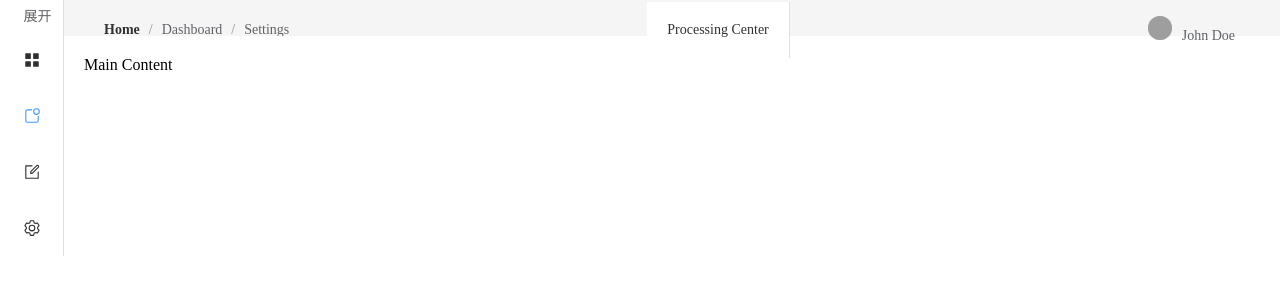
Repository: IsHexx/VerityX
Page: /home (app in front/)
The author's editor kept a copy of each file at every save. The page is drawn from the files as they stood at one save, then again after the next save.
The browser window is 1280 px wide. The pictures show the whole page.
Pictures or frames that could not be fetched are drawn as grey boxes. The project was rebuilt for these pictures with package versions that can differ from the ones it lists, and the page was loaded fresh each time. Also part of the build but not shown: front/vue.config.js, front/src/components/UserlLogin.vue.

Above is the page before, as saved 2024-10-08 17:27:35.

### front/src/App.vue
<template>
  <router-view></router-view>
</template>

<script>
export default {
  name: 'App',
};
</script>

<style>
*{
 margin:0;
 padding:0
}
</style>

### front/src/router/index.js
import { createRouter, createWebHistory } from 'vue-router';
import UserLogin from '@/components/UserlLogin.vue';
import HomePage from '@/views/HomePage.vue';


const routes = [
  {
    path: '/login',
    name: 'Login',
    component: UserLogin
  },
  {
    path: '/home',  // 新增的导航页面路由
    name: 'Home',
    component: HomePage
  }
];

const router = createRouter({
  history: createWebHistory(),
  routes
});

// 路由守卫，检查登录状态
router.beforeEach((to, from, next) => {
  const token = localStorage.getItem('token');
  if (to.matched.some(record => record.meta.requiresAuth) && !token) {
    next({ name: 'Login' });
  } else {
    next();
  }
});

export default router;

### front/src/store/index.js
import { createStore } from 'vuex';
import { login } from '@/api/auth';

export default createStore({
    state: {
        user: null,
        token: null,
    },
    mutations: {
        SET_USER(state, user) {
            state.user = user;
        },
        SET_TOKEN(state, token) {
            state.token = token;
        },
        LOGOUT(state) {
            state.user = null;
            state.token = null;
        }
    },
    actions: {
        async login({ commit }, credentials) {
            try {
                const response = await login(credentials);
                const { user, token } = response.data;
                commit('SET_USER', user);
                commit('SET_TOKEN', token);
                return true;
            } catch (error) {
                console.error('登录失败:', error);
                return false;
            }
        },
        logout({ commit }) {
            commit('LOGOUT');
        }
    }
});

### front/src/views/HomePage.vue
<template>
    <div class="common-layout">
        <el-container>
            <!-- 侧边栏 -->
            <el-aside class="fixed-aside">
                <common-aside></common-aside>
            </el-aside>

            <!-- 右侧内容，Header 和 Main 为上下布局 -->
            <el-container direction="vertical">
                <!-- Header 部分 -->
                <el-header height="60px">
                    <common-header></common-header>
                </el-header>

                <!-- Main 部分 -->
                <el-main>
                    Main Content
                </el-main>
            </el-container>
        </el-container>
    </div>
</template>

<script>
import CommonHeader from "../components/CommonHeader.vue";
import CommonAside from "../components/CommonAside.vue";

export default {
    components: {
        CommonAside,
        CommonHeader,
    }
}
</script>

<style scoped>
.common-layout {
    height: 100vh; /* 设置整体布局占满整个视口高度 */
}

.fixed-aside {
  background-color: #ffffff;
  color: #333;
  height: calc(100vh);
  overflow-y: auto;
  width: auto;
  max-width: 200px;
  border-radius: 20px 0px 0px 20px;
}

.common-layout > .el-container {
    height: 100%;
}


.common-layout > .el-container > .el-container > .el-header {
    background-color: #f5f5f5;
    padding: 0 20px;
    height: 5%; /* 固定 Header 的高度 */
}

.common-layout > .el-container > .el-container > .el-main {
    padding: 20px;
    background-color: #fff;
    height: calc(100vh - 5%); /* Main 高度等于视口高度减去 Header 的高度 */
}
</style>

### front/src/api/auth.js
import axios from 'axios';

export function login(data) {
    return axios.post('/api/login', data);
}

### front/src/components/CommonHeader.vue
<template>
  <el-header class="header">
    <!-- 面包屑导航 -->
    <el-breadcrumb separator="/">
      <el-breadcrumb-item to="/">Home</el-breadcrumb-item>
      <el-breadcrumb-item>Dashboard</el-breadcrumb-item>
      <el-breadcrumb-item>Settings</el-breadcrumb-item>
    </el-breadcrumb>
    <el-menu class="el-menu-demo">
      <el-menu-item index="1">Processing Center</el-menu-item>
    </el-menu>
    <!-- 用户名 + 下拉菜单 -->
    <div class="user-menu">
      <el-dropdown>
        <span class="el-dropdown-link">
          <el-avatar size="small" :src="userAvatar" class="avatar"></el-avatar>
          <span>{{ username }}</span>
          <i class="el-icon-arrow-down el-icon--right"></i>
        </span>
        <template #dropdown>
          <el-dropdown-menu>
            <el-dropdown-item @click="handleProfile">Profile</el-dropdown-item>
            <el-dropdown-item @click="handleLogout">Logout</el-dropdown-item>
          </el-dropdown-menu>
        </template>
      </el-dropdown>
    </div>
  </el-header>
</template>

<script setup>
import { ref } from "vue";
import { useRouter } from "vue-router";

const router = useRouter();

// 假设从 Vuex 或其他状态管理中获取用户名和头像
const username = ref("John Doe");
const userAvatar = ref("https://example.com/avatar.png");

const handleProfile = () => {
  // 跳转到用户资料页面
  router.push("/profile");
};

const handleLogout = () => {
  // 处理登出逻辑，比如清除用户状态并跳转到登录页面
  console.log("User logged out");
  router.push("/login");
};
</script>

<style scoped>
.header {
  display: flex;
  justify-content: space-between;
  align-items: center;
  padding: 0 20px;
  background-color: #f5f5f5;
  border-bottom: 1px solid #eaeaea;
}
.el-menu-demo{
  height: auto;
}

.user-menu {
  display: flex;
  align-items: center;
}

.avatar {
  margin-right: 10px;
}
</style>

### front/src/components/CommonAside.vue
<template>
  <div class="aside">
    <el-menu
      default-active="2"
      class="el-menu-vertical-demo"
      :collapse="isCollapse"
      @open="handleOpen"
      @close="handleClose"
    >
      <el-button
        :icon="isCollapse ? 'el-icon-arrow-right' : 'el-icon-arrow-down'"
        @click="toggleCollapse"
        style="width: 55px; border: 0px"
      >
        {{ isCollapse ? "展开" : "折叠" }}
      </el-button>
      <el-sub-menu index="1">
        <template #title>
          <el-icon><House /></el-icon>
          <span>Navigator One</span>
        </template>
        <el-menu-item-group>
          <el-menu-item index="1-1">item one</el-menu-item>
          <el-menu-item index="1-2">item two</el-menu-item>
        </el-menu-item-group>
          <el-menu-item index="1-3">item three</el-menu-item>
          <el-menu-item index="1-3">item four</el-menu-item>
      </el-sub-menu>
      <el-menu-item index="2">
        <el-icon><Notification /></el-icon>
        <template #title>Navigator Two</template>
      </el-menu-item>
      <el-menu-item index="3">
        <el-icon><Edit /></el-icon>
        <template #title>Navigator Three</template>
      </el-menu-item>
      <el-menu-item index="4">
        <el-icon><setting /></el-icon>
        <template #title>Navigator Four</template>
      </el-menu-item>
    </el-menu>
  </div>
</template>

  <script  setup>
import { ref } from "vue";
import {
  Menu as House,
  Edit,
  Notification,
  Setting,
} from "@element-plus/icons-vue";

const isCollapse = ref(true);

const toggleCollapse = () => {
  isCollapse.value = !isCollapse.value;
};
const handleOpen = (key) => {
  console.log(key);
};
const handleClose = (key) => {
  console.log(key);
};
</script>

  <style>
.aside {
  background-color: #ffffff;
}
.el-menu-vertical-demo:not(.el-menu--collapse) {
  width: 100%;
  height: 100%; /* 确保菜单占据整个父容器高度 */
  /*overflow-y: clip; !* 使菜单内容滚动 *!*/
  /* min-height: 400px; */
  background-color: #ffffff;
}
</style>

Loaded but not shown: front/public/index.html (common file); front/src/main.js (common file)

After the next save:
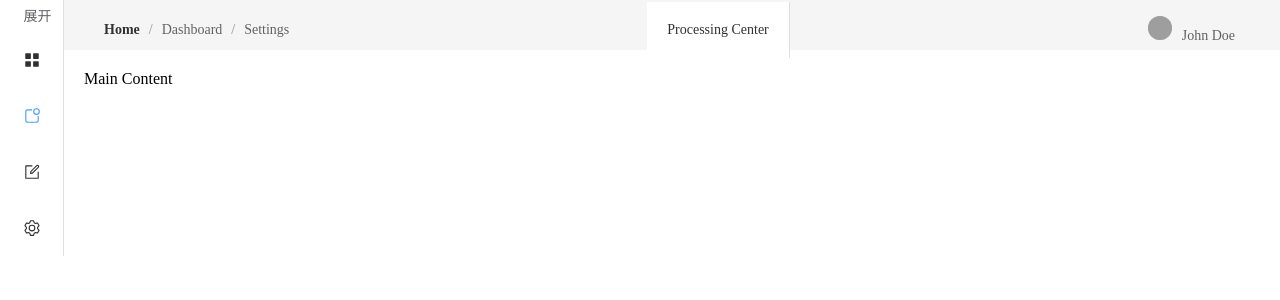
Saved 80 s later.
--- a/front/src/views/HomePage.vue
+++ b/front/src/views/HomePage.vue
@@ -57,12 +57,12 @@
 .common-layout > .el-container > .el-container > .el-header {
     background-color: #f5f5f5;
     padding: 0 20px;
-    height: 5%; /* 固定 Header 的高度 */
+    height: 7%; /* 固定 Header 的高度 */
 }
 
 .common-layout > .el-container > .el-container > .el-main {
     padding: 20px;
     background-color: #fff;
-    height: calc(100vh - 5%); /* Main 高度等于视口高度减去 Header 的高度 */
+    height: calc(100vh - 7%); /* Main 高度等于视口高度减去 Header 的高度 */
 }
 </style>

After the save that followed:
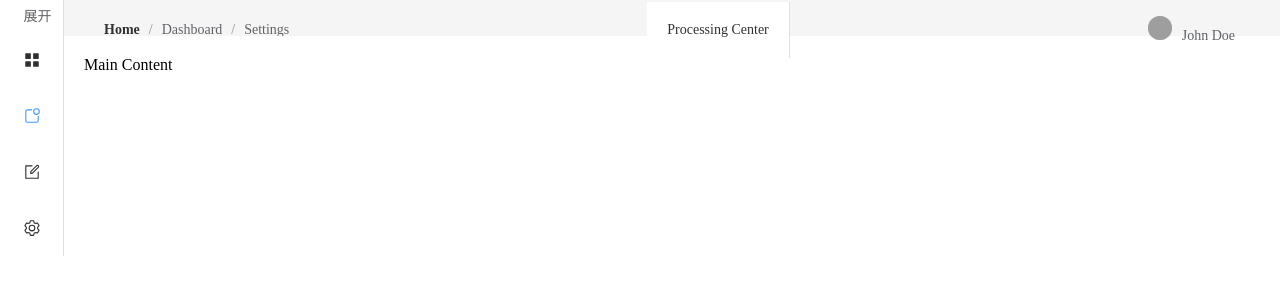
Saved 43 s later.
--- a/front/src/views/HomePage.vue
+++ b/front/src/views/HomePage.vue
@@ -57,12 +57,12 @@
 .common-layout > .el-container > .el-container > .el-header {
     background-color: #f5f5f5;
     padding: 0 20px;
-    height: 7%; /* 固定 Header 的高度 */
+    height: 5%; /* 固定 Header 的高度 */
 }
 
 .common-layout > .el-container > .el-container > .el-main {
     padding: 20px;
     background-color: #fff;
-    height: calc(100vh - 7%); /* Main 高度等于视口高度减去 Header 的高度 */
+    height: calc(100vh - 5%); /* Main 高度等于视口高度减去 Header 的高度 */
 }
 </style>
